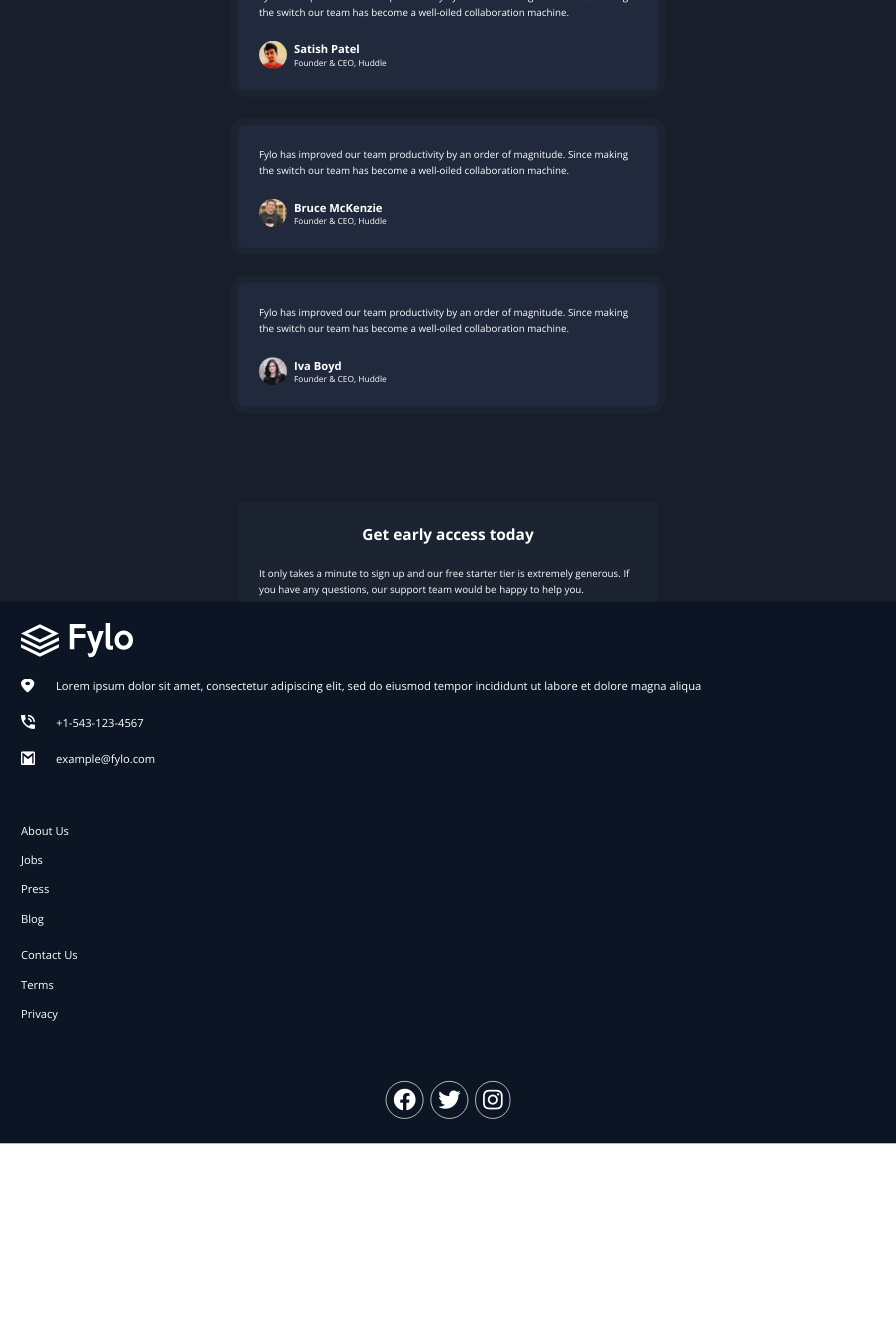
Repository: tomas938/fylo-dark-theme-landing-page-master
Page: index.html
An editor plug-in stored every save of this project. The page is shown before and after the next save, followed by the edit.
The browser window is 1280 px wide. The pictures show the part of the page from y = 2816 to 4736 px (the page is 4836 px tall), at 70% of full size.
Some web libraries are served in a nearby version. The style sheet was rebuilt from its Sass, Less or Tailwind sources for each picture, by a compiler version that may differ from the author's.

Above is the page before, as saved 2021-08-05 17:52:24.

### index.html
<!DOCTYPE html>
<html lang="en">
	<head>
		<meta charset="UTF-8" />
		<meta name="viewport" content="width=device-width, initial-scale=1.0" />
		<link
			rel="icon"
			type="image/png"
			sizes="32x32"
			href="./images/favicon-32x32.png"
		/>
		<title>
			Frontend Mentor | Fylo landing page with dark theme and features grid
		</title>
		<link rel="stylesheet" href="https://pro.fontawesome.com/releases/v5.10.0/css/all.css" integrity="sha384-AYmEC3Yw5cVb3ZcuHtOA93w35dYTsvhLPVnYs9eStHfGJvOvKxVfELGroGkvsg+p" crossorigin="anonymous"/>
		<link rel="stylesheet" href="/scss/main.css" />
	</head>
	<body>
		<section class="intro">
			<nav class="intro__navigation">
				<img src="/images/logo.svg" alt="" />
				<ul class="intro__navigation__links">
					<li><a href="#">Features</a></li>
					<li><a href="#">Team</a></li>
					<li><a href="#">Sign In</a></li>
				</ul>
			</nav>
			<div class="intro__description">
				<img class="bg-image" src="/images/illustration-intro.png" alt="" />
				<h1>All your files in one secure location, accessible anywhere.</h1>
				<p>
					Fylo stores all your most important files in one secure location.
					Access them wherever you need, share and collaborate with friends
					family, and co-workers.
				</p>
				<button class="blue-rounded">Get Started</button>
			</div>
		</section>
		<section class="about">
			<div class="about__item">
				<img src="/images/icon-access-anywhere.svg" class="icon"></img>
				<h3>Access your files, anywhere</h3>
				<p>
					The ability to use a smartphone, tablet, or computer to access your
					account means your files follow you everywhere.
				</p>
			</div>
			<div class="about__item">
				<img src="/images/icon-security.svg" class="icon"></img>
				<h3>Security you can trust</h3>
				<p>
					2-factor authentication and user-controlled encryption are just a
					couple of the security features we allow to help secure your files.
				</p>
			</div>
			<div class="about__item">
				<img src="/images/icon-collaboration.svg" class="icon"></img>
				<h3>Real-time collaboration</h3>
				<p>
					Securely share files and folders with friends, family and colleagues
					for live collaboration. No email attachments required.
				</p>
			</div>
			<div class="about__item">
				<img src="/images/icon-any-file.svg" class="icon"></img>
				<h3>Store any type of file</h3>
				<p>
					Whether you're sharing holidays photos or work documents, Fylo has you
					covered allowing for all file types to be securely stored and shared.
				</p>
			</div>
		</section>
    <section class="informations">
      <div class="informations__image">
        <img src="/images/illustration-stay-productive.png" alt="">
      </div>
      <div class="informations__content">
        <h4>Stay productive, wherever you are</h4>
        <p> Never let location be an issue when
		accessing your files. Fylo has you covered for all of your file storage
		needs.</p>
        <p> Securely share files and folders with friends, family and colleagues
		for live collaboration. No email attachments required.</p>
        <div class="link">
          <a href="#"> See how Fylo works</a>
          <img src="/images/icon-arrow.svg" alt="">
        </div>
      </div>
    </section>
    <section class="testimonials">
      <div class="testimonials__item">
        <img class="quotes" src="/images/bg-quotes.png" alt="">
        <p>	Fylo has improved our team productivity by an order of magnitude. Since
		making the switch our team has become a well-oiled collaboration machine.</p>
      <div class="person">
        <img src="/images/profile-1.jpg" alt="">
        <div class="person__information">
          <h4>	Satish Patel </h4>
          <h5> Founder & CEO, Huddle</h5>
        </div>
      </div>
      </div>
      <div class="testimonials__item">
        <p>	Fylo has improved our team productivity
		by an order of magnitude. Since making the switch our team has become a
		well-oiled collaboration machine.</p>
      <div class="person">
        <img src="/images/profile-2.jpg" alt="">
        <div class="person__information">
          <h4>Bruce McKenzie </h4>
          <h5> Founder & CEO, Huddle</h5>
        </div>
      </div>
      </div>
      <div class="testimonials__item">
        <p>	Fylo has improved our team productivity
		by an order of magnitude. Since making the switch our team has become a
		well-oiled collaboration machine.</p>
      <div class="person">
        <img src="/images/profile-3.jpg" alt="">
        <div class="person__information">
          <h4>	Iva Boyd </h4>
          <h5> Founder & CEO, Huddle</h5>
        </div>
      </div>
      </div>
    </section >
	<section class="contact">
		<div class="contact__item">
			<h3>Get early access today</h3>
			<p>	 It only takes a minute to sign
		  up and our free starter tier is extremely generous. If you have any
		  questions, our support team would be happy to help you.</p>
		  <input type="text" placeholder="email@blbla.com">
		  <button class="blue-rounded ">Get Started For Free</button>
		</div>
	</section>
	<footer class="footer">
		<img class="logo" src="/images/logo.svg" alt="">
		<div  class="footer__information">
			<div class="footer__information__item">
				<img  src="/images/icon-location.svg" alt="">
				<p>Lorem ipsum dolor sit amet, consectetur adipiscing elit, sed do eiusmod
		tempor incididunt ut labore et dolore magna aliqua</p>
			</div>
			<div class="footer__information__item">
				<img src="/images/icon-phone.svg" alt="">
				<p> +1-543-123-4567</p>
			</div>
			<div class="footer__information__item">
				<img  src="/images/icon-email.svg" alt="">
				<p>example@fylo.com</p>
			</div>
		</div>
		<div class="links-up">
			<a href="#">About Us</a>
			<a href="#">Jobs</a>
			<a href="#">Press</a>
			<a href="#"> Blog</a>
		</div>
		<div class="links-down">
			<a href="#"> Contact Us</a>
			<a href="#">Terms</a>
			<a href="#"> Privacy</a>
		</div>
		<div class="icons">
			<a href="#" ><i class="fab fa-facebook fa-2x"></i></a>
			<a href="#"><i class="fab fa-twitter fa-2x"></i></a>
			<a href="#">  <i class="fab fa-instagram fa-2x"></i>
</a>
		</div>
	</footer>



	</body>
</html>

### scss/main.scss
@import "./_partials/variables";
@import "./_partials/_reset";
@import "./_partials/_intro";
@import "./_partials/_about";
@import "./_partials/_informations";
@import "./_partials/_testimonials";
@import "./_partials/_contact";
@import "./_partials/_footer";

### scss/_partials/_variables.scss
// COLORS //

// ### Primary //

$intro-bg: hsl(217, 28%, 15%); // intro email sign up
$main-bg: hsl(218, 28%, 13%);
$footer-bg: hsl(216, 53%, 9%);
$testimonials-bg: hsl(219, 30%, 18%);

// ### Accent //

$cayn: hsl(176, 68%, 64%); //(inside call-to-action gradient)//
$blue: hsl(198, 60%, 50%); //(inside call-to-action gradient)//
$error: hsl(0, 100%, 63%);

// ### Neutral //

$white: hsl(0, 0%, 100%);

// FONTS //

// ### Headings, Call-to-actions, Header Navigation //

@import url("https://fonts.googleapis.com/css2?family=Raleway:wght@400;700&display=swap");

$heading-font: "Raleway", sans-serif;
$heading-light: 400;
$heading-bold: 700;

// ### Body //

@import url("https://fonts.googleapis.com/css2?family=Open+Sans:wght@400;700&family=Raleway:wght@400;700&display=swap");

$body-font: "Open Sans", sans-serif;
$body-light: 400;
$body-bold: 700;

// Button
.blue-rounded {
	max-width: 30rem;
	font-size: 1.6rem;
	font-weight: $heading-bold;
	border: none;
	outline: none;
	color: $white;
	background-image: linear-gradient(to right, $cayn, $blue);
	border-radius: 3rem;
	height: 6rem;
	width: 100%;
}

### scss/_partials/_reset.scss
* {
	margin: 0;
	padding: 0;
	box-sizing: border-box;
}
body {
	color: $white;
	font-family: $body-font;
}
html {
	font-size: 62.5%;
	// @media only screen and (max-width: 375px) {
	// 	font-size: 92.5%;
	// }
}
a {
	text-decoration: none;
}
li {
	list-style: none;
}

### scss/_partials/_intro.scss
.intro {
	background-color: $intro-bg;
	font-family: $heading-font;
	background-image: url(/images/bg-curvy-mobile.svg);
	background-repeat: no-repeat;
	background-position: bottom;
	background-size: 150% 50%;

	&__navigation {
		padding: 3rem 2rem;
		display: flex;
		justify-content: space-between;
	}
	img {
		width: 10rem;
		height: 2.95rem;
	}

	&__navigation__links {
		display: flex;
		align-items: center;
	}
	li:not(:last-child) {
		margin-right: 2.2rem;
	}
	a {
		color: $white;
		font-weight: $heading-light;
		font-size: 1.4rem;
	}
	&__description {
		max-width: 60rem;
		padding: 3rem;
		margin: auto;
		display: flex;
		flex-direction: column;
		align-items: center;
		grid-gap: 2rem;
	}
	.bg-image {
		width: 100%;
		height: 100%;
	}
	h1 {
		font-size: 2.5rem;
		text-align: center;
		line-height: 3.5rem;
	}
	p {
		font-size: 1.4rem;
		line-height: 2.3rem;
		text-align: center;
	}
}

### scss/_partials/_about.scss
.about {
	display: grid;
	grid-template-columns: 1fr;
	justify-items: center;
	grid-gap: 5rem;
	background-color: $main-bg;
	font-family: $heading-font;
	padding: 5rem 0;
	&__item {
		max-width: 35rem;
		display: flex;
		flex-direction: column;
		align-items: center;
		justify-content: center;
		padding: 0 1.5rem;
		grid-gap: 1rem;
	}
	.icon {
		margin-bottom: 3rem;
	}
	h3 {
		font-size: 2.2rem;
	}
	p {
		font-size: 1.4rem;
		line-height: 2.3rem;
	}
	h3,
	p {
		text-align: center;
	}
}

### scss/_partials/_informations.scss
.informations {
	display: flex;
	flex-direction: column;
	justify-content: center;
	align-items: center;
	grid-gap: 3rem;
	font-family: $heading-font;
	background-color: $main-bg;
	padding: 3rem;
	&__image {
		img {
			width: 100%;
		}
	}
	&__content {
		max-width: 60rem;

		display: flex;
		flex-direction: column;
		grid-gap: 2rem;
	}
	h3 {
		text-align: center;
	}

	h4 {
		font-size: 1.8rem;
	}
	p {
		font-size: 1.4rem;
		line-height: 2.3rem;
		text-align: left;
	}
	.link {
		display: flex;
		align-items: center;
		justify-content: flex-start;
		border-bottom: 1px solid $cayn;
		width: 16rem;
		a {
			font-size: 1.4rem;
			color: $cayn;
		}
		img {
			margin-left: 1rem;
			height: 2rem;
		}
	}
}

### scss/_partials/_testimonials.scss
.testimonials {
	background-color: $main-bg;
	display: flex;
	flex-direction: column;
	align-items: center;
	grid-gap: 5rem;
	padding: 10rem 4rem 30rem 4rem;
	position: relative;
	&__item {
		max-width: 60rem;
		background-color: $testimonials-bg;
		border-radius: 1rem;
		box-shadow: 0px 0px 0px 10px $intro-bg;
		padding: 3rem;
		display: flex;
		flex-direction: column;
		grid-gap: 3rem;
		position: relative;
		.quotes {
			position: absolute;
			top: -2.5rem;
			left: 0;
		}
	}
	.person {
		display: flex;
		align-items: center;
		grid-gap: 1rem;
	}
	img {
		border-radius: 50%;
		width: 4rem;
		height: 4rem;
	}
	p {
		font-size: 1.4rem;
		line-height: 2.3rem;
	}
	h4 {
		font-size: 1.6rem;
	}
	h5 {
		font-size: 1.2rem;
		font-weight: $heading-light;
	}
}

### scss/_partials/_contact.scss
.contact {
	display: flex;
	justify-content: center;
	padding: 1rem;
	z-index: 10;
	.contact__item {
		transform: translateY(-50%);
		background-color: $intro-bg;
		padding: 3rem;
		border-radius: 1rem;
		max-width: 60rem;
		display: flex;
		flex-direction: column;
		align-items: center;
		grid-gap: 3rem;
	}
	h3 {
		font-size: 2.2rem;
	}
	p {
		font-size: 1.4rem;
		line-height: 2.3rem;
	}
	input {
		max-width: 30rem;
		font-size: 1.6rem;
		font-weight: $heading-bold;
		border: none;
		outline: none;
		color: $white;
		border-radius: 3rem;
		height: 6rem;
		width: 100%;
	}
}

### scss/_partials/_footer.scss
.footer {
	display: flex;
	flex-direction: column;
	grid-gap: 3rem;
	background-color: $footer-bg;
	padding: 3rem;
	font-size: 1.6rem;
	transform: translatey(-50%);
	z-index: -1;

	&__information {
		display: flex;
		flex-direction: column;
		grid-gap: 3rem;
	}
	&__information__item {
		display: flex;
		grid-gap: 3rem;
	}
	.logo {
		width: 16rem;
		height: 5rem;
	}
	.links-up,
	.links-down {
		display: flex;
		flex-direction: column;
		grid-gap: 2rem;
	}
	.links-up {
		padding-top: 5rem;
	}
	.links-down {
		padding-bottom: 5rem;
	}
	.icons {
		display: flex;
		justify-content: center;
	}

	i {
		border: 1px solid $white;
		border-radius: 50px;
		margin: 0.5rem;
		padding: 1rem;
	}
	img {
		width: 2rem;
		height: 2rem;
	}
	a {
		color: $white;
	}
}

After the next save:
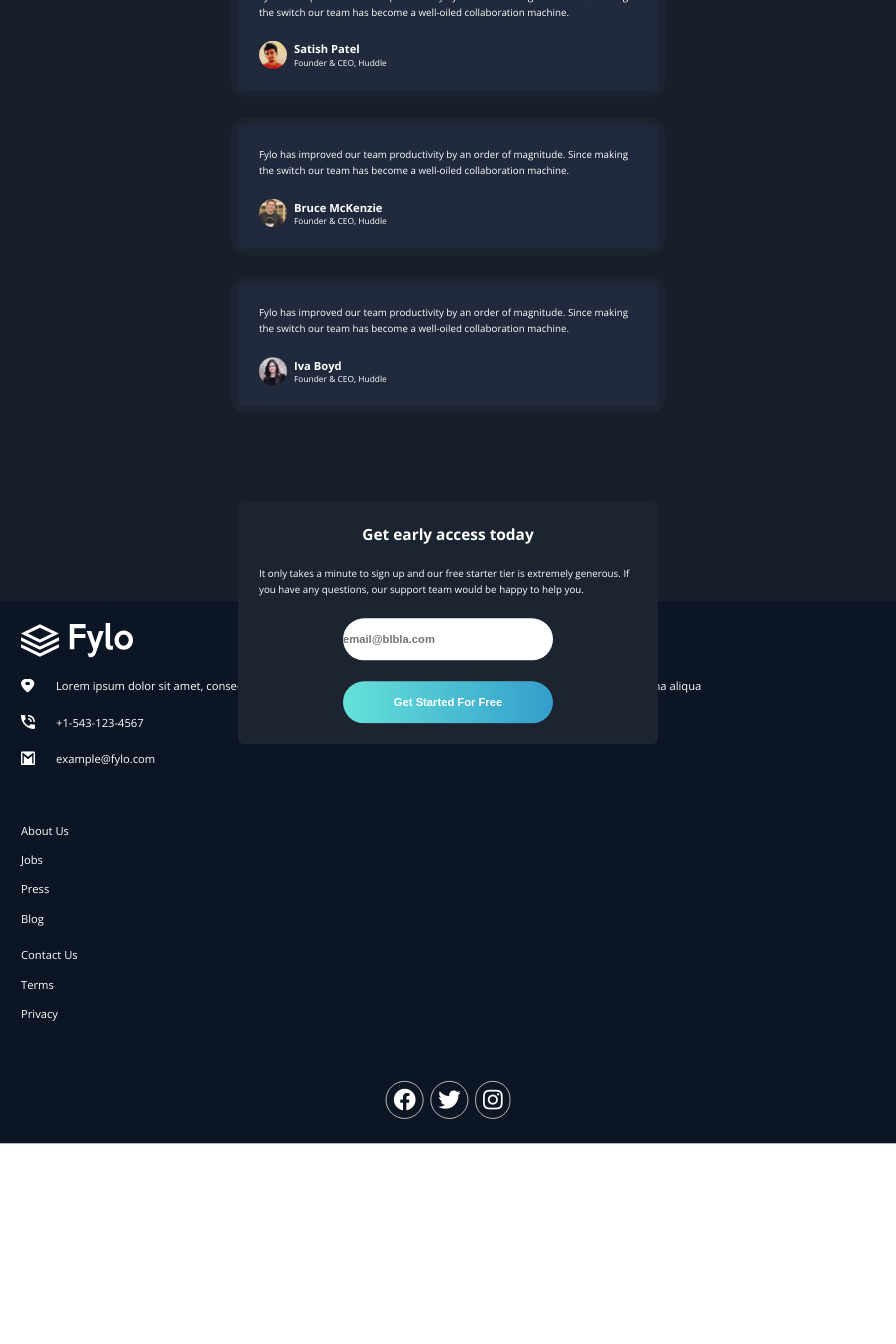
Saved 8 s later.
--- a/scss/_partials/_contact.scss
+++ b/scss/_partials/_contact.scss
@@ -2,8 +2,8 @@
 	display: flex;
 	justify-content: center;
 	padding: 1rem;
-	z-index: 10;
 	.contact__item {
+		z-index: 10;
 		transform: translateY(-50%);
 		background-color: $intro-bg;
 		padding: 3rem;
